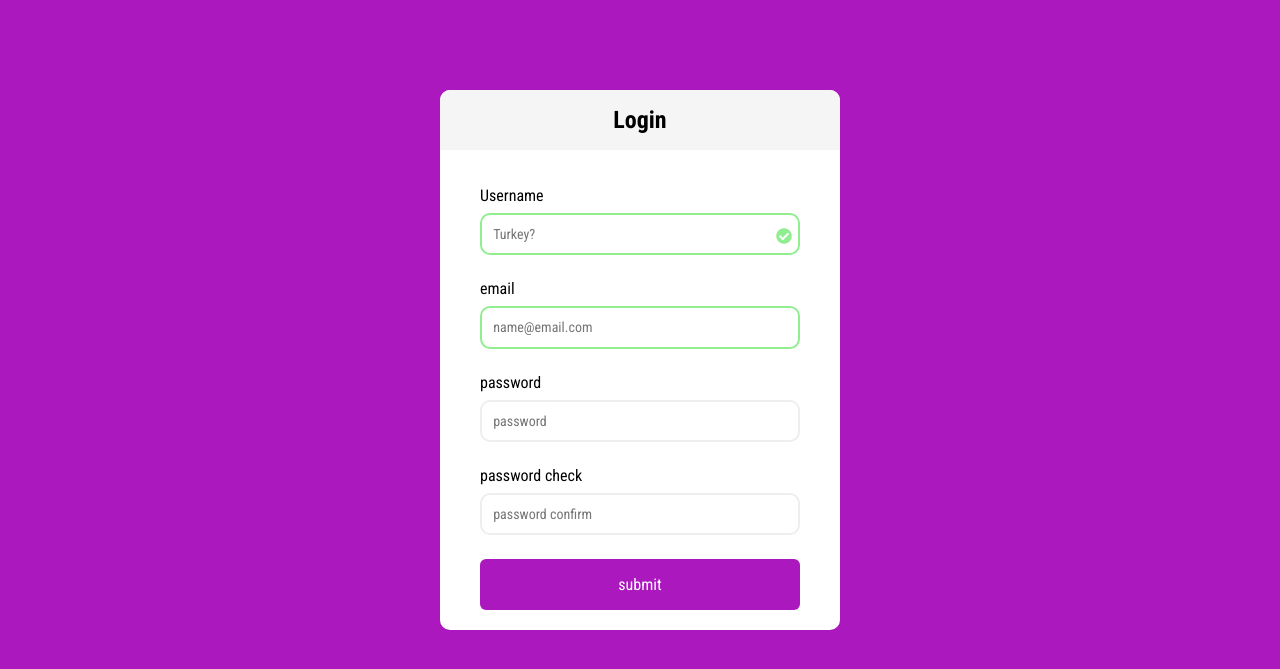
Repository: Abdoulrhman-altyeb/form-_validation-
Page: index.html
These files come from the project's save history. The page is drawn as it stood at one moment and after the next save; the edit follows.
The browser window is 1280 px wide. The pictures show the whole page.

Above is the page before, as saved 2021-05-23 20:59:08.

### index.html
<!DOCTYPE html>
<html lang="en">
<head>
    <meta charset="UTF-8">
    <meta http-equiv="X-UA-Compatible" content="IE=edge">
    <meta name="viewport" content="width=device-width, initial-scale=1.0">
    <link rel="stylesheet" href="style.css">
    <link rel="stylesheet" href="https://cdnjs.cloudflare.com/ajax/libs/font-awesome/5.15.3/css/all.min.css"
        integrity="sha512-iBBXm8fW90+nuLcSKlbmrPcLa0OT92xO1BIsZ+ywDWZCvqsWgccV3gFoRBv0z+8dLJgyAHIhR35VZc2oM/gI1w=="
        crossorigin="anonymous" referrerpolicy="no-referrer" />
    <script src="script.js" defer></script>
    <title>form validation</title>
</head>
<body>
    <div class="container">
        <div class="header">
            <h2>Login</h2>
        </div>
        <form class="form">
            <div class="form-control succes">
                <label for="username">Username</label>
                <input type="text" placeholder="Turkey?" id="username">
                <i class="fa fa-check-circle"></i>
                <i class="fa fa-exclamation-circle"></i>
                <small>error message</small>
            </div>
            <div class="form-control error">
                <label for="email">email</label>
                <input type="email" placeholder="name@email.com" id="email">
                <i class="fa fa-check-circle"></i>
                <i class="fa fa-exclamation-circle"></i>
                <small>error message</small>
            </div>
            <div class="form-control">
                <label for="password">password</label>
                <input type="password" placeholder="password" id="password">
                <i class="fa fa-check-circle"></i>
                <i class="fa fa-exclamation-circle"></i>
                <small>error message</small>
            </div>
            <div class="form-control">
                <label for="password2">password check</label>
                <input type="password" placeholder="password confirm" id="password2">
                <i class="fa fa-check-circle"></i>
                <i class="fa fa-exclamation-circle"></i>
                <small>error message</small>
            </div>
            <button type="submit" id="btn">submit</button>
        </form>
    </div>
</body>
</html>

### style.css
@import url('https://fonts.googleapis.com/css2?family=Roboto+Condensed:wght@400;700&display=swap');
*{
    padding:0;
    margin:0;
    box-sizing:border-box;
    font-family: 'Roboto Condensed', sans-serif;
}
body{
    display: flex;
    justify-content: center;
    align-items: center;
    min-height:100vh;
    background:rgb(171, 25, 190);
}
.container{
    background:white;
    width:400px;
    display: flex;
    flex-direction: column;
    border-radius:10px;
    overflow: hidden;
}
.header{
    text-align: center;
    padding:10px 40px;
    padding:1rem;
    background:whitesmoke;
    margin-bottom:1rem;
}
.form{
    padding:20px 40px;
}
.form-control{
    margin-bottom:0.5rem;
    padding-bottom:1rem;
    position: relative;
}
.form-control label{
    display: inline-block;
    margin-bottom:0.5rem;
}
.form-control input{
    display: block;
    border:2px solid #eee;
    width:100%;
    padding:0.7rem;
    font-size:14px;
    border-radius:10px;
}
.form-control i {
    position: absolute;
    top: 42px;
    right:0.5rem;
    visibility: hidden;
}
.form-control small {
    position: absolute;
    font-size:0.9rem;
    bottom:0;
    left:5px;
    visibility: hidden;
}

#btn {
    display: block;
    width:100%;
    background:rgb(171, 25, 190);
    color:white;
    padding:1rem;
    border-radius: 6px;
    border:none;
    font-size:1rem;
}

.form-control.succes i.fa-check-circle{
    visibility: visible;
    color:lightgreen;
}
.form-control.succes input {
    border:2px solid lightgreen;
}
.form-control.error input {
    border:2px solid lightgreen;
}

Loaded but not shown: script.js (no copy from this time; the picture is the same without it)

After the next save:
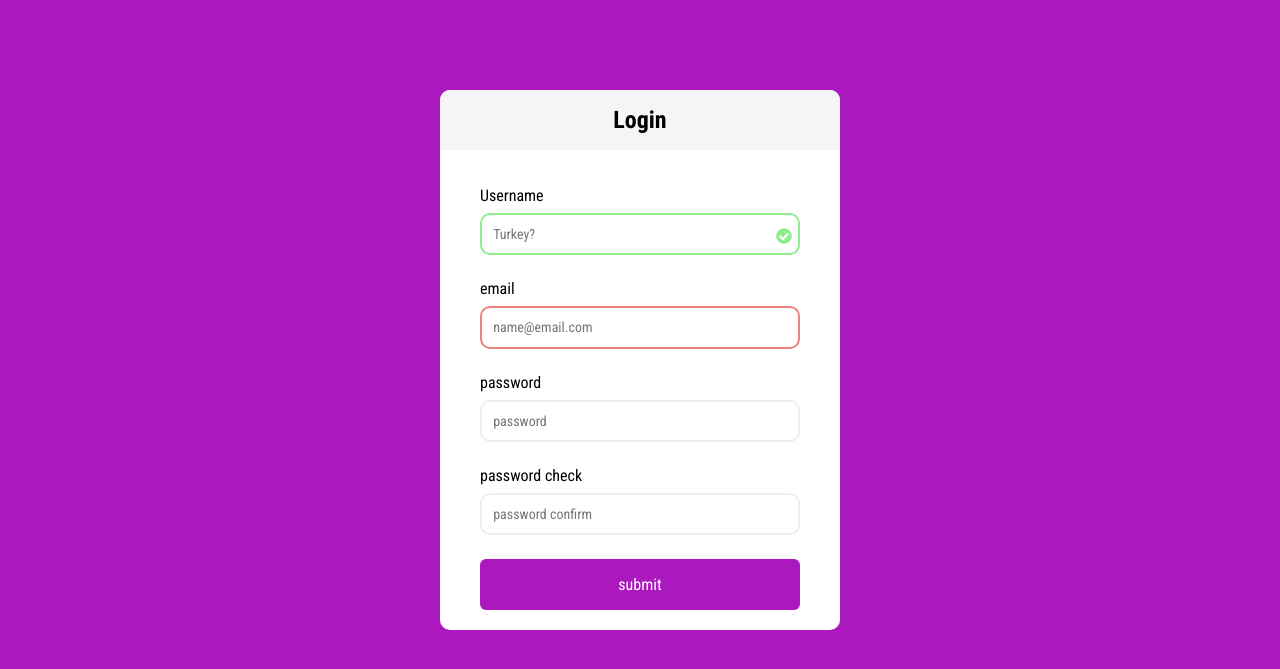
Saved 7 s later.
--- a/style.css
+++ b/style.css
@@ -80,5 +80,5 @@ body{
     border:2px solid lightgreen;
 }
 .form-control.error input {
-    border:2px solid lightgreen;
+    border:2px solid lightcoral;
 }
